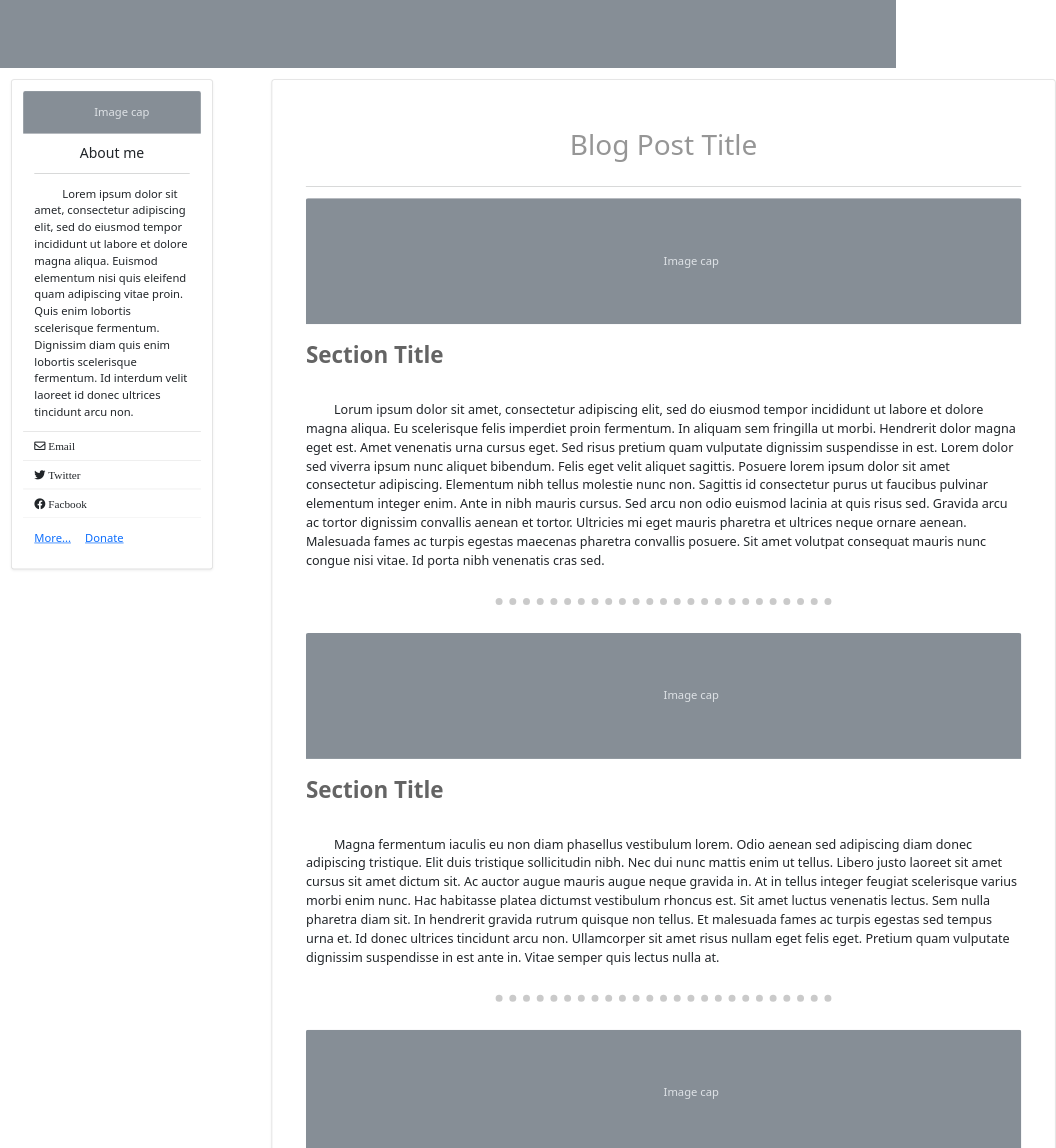
Repository: LublubXT/Azi-Tec-Team
Page: views/templates/blogs/personalblog/home.html
These files come from the project's save history. The page is drawn as it stood at one moment and after the next save; the edit follows.
The browser window is 1280 px wide. The page is 1508 px wide, so the pictures cover 1508 px, including what lies to the right of the window. The pictures show the part of the page from y = 703 to 2343 px (the page is 2779 px tall before and 2663 px after), at 70% of full size.

Above is the page before, as saved 2021-03-11 12:18:20.

After the next save:
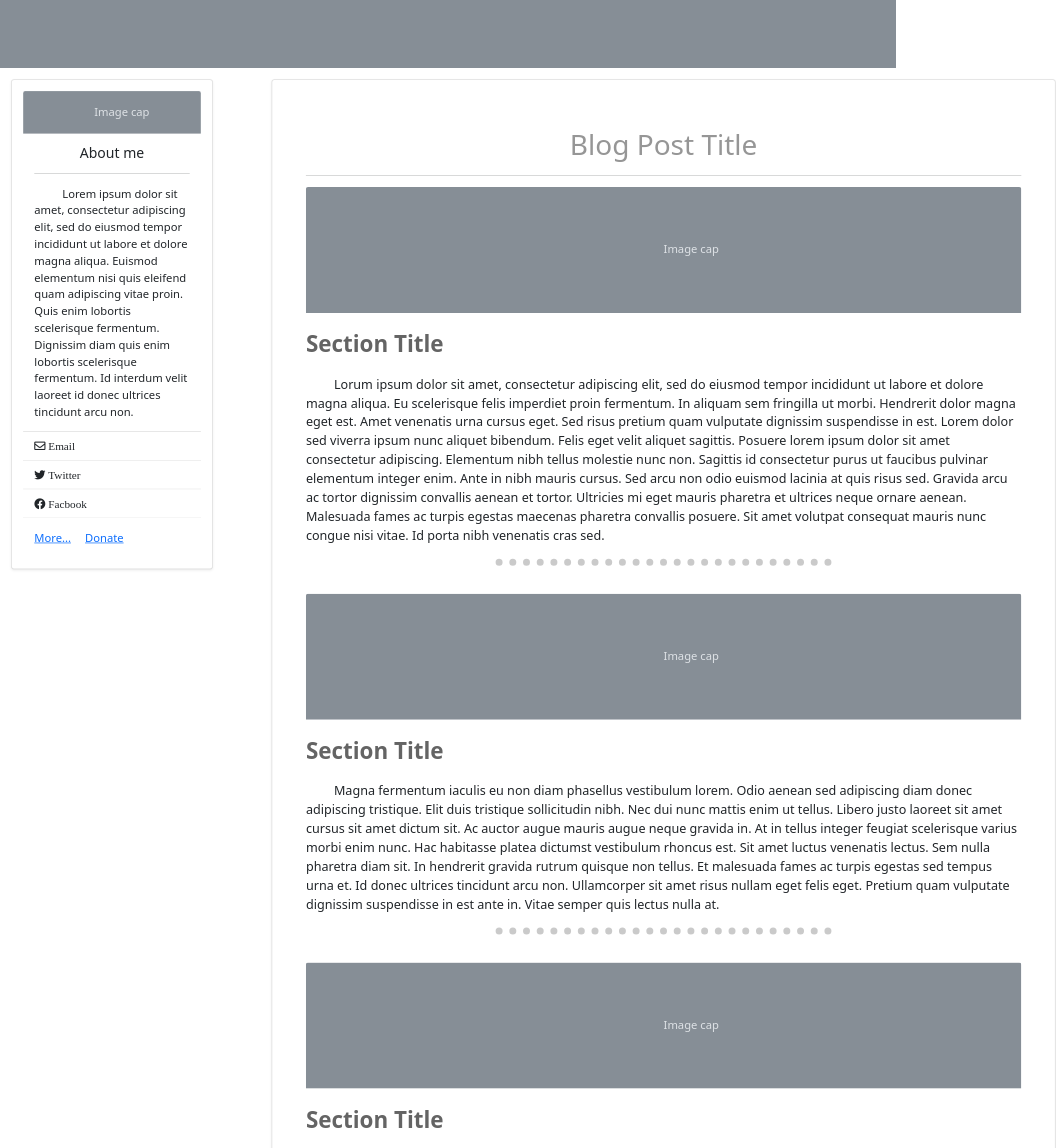
Saved 6 s later.
--- a/views/templates/blogs/personalblog/home.html
+++ b/views/templates/blogs/personalblog/home.html
@@ -39,7 +39,7 @@
         </div>
 
         <div>
-            <div style="width: 100%;" class="grid-container">
+            <div style="width: 100%;" class="grid-container tab-content">
 
                 <div class="card mx-3 my-3 shadow-sm grid-child p-3" style="width: 18rem; height: 700px; ">
                     <svg class="bd-placeholder-img card-img-top" width="100%" height="180"
